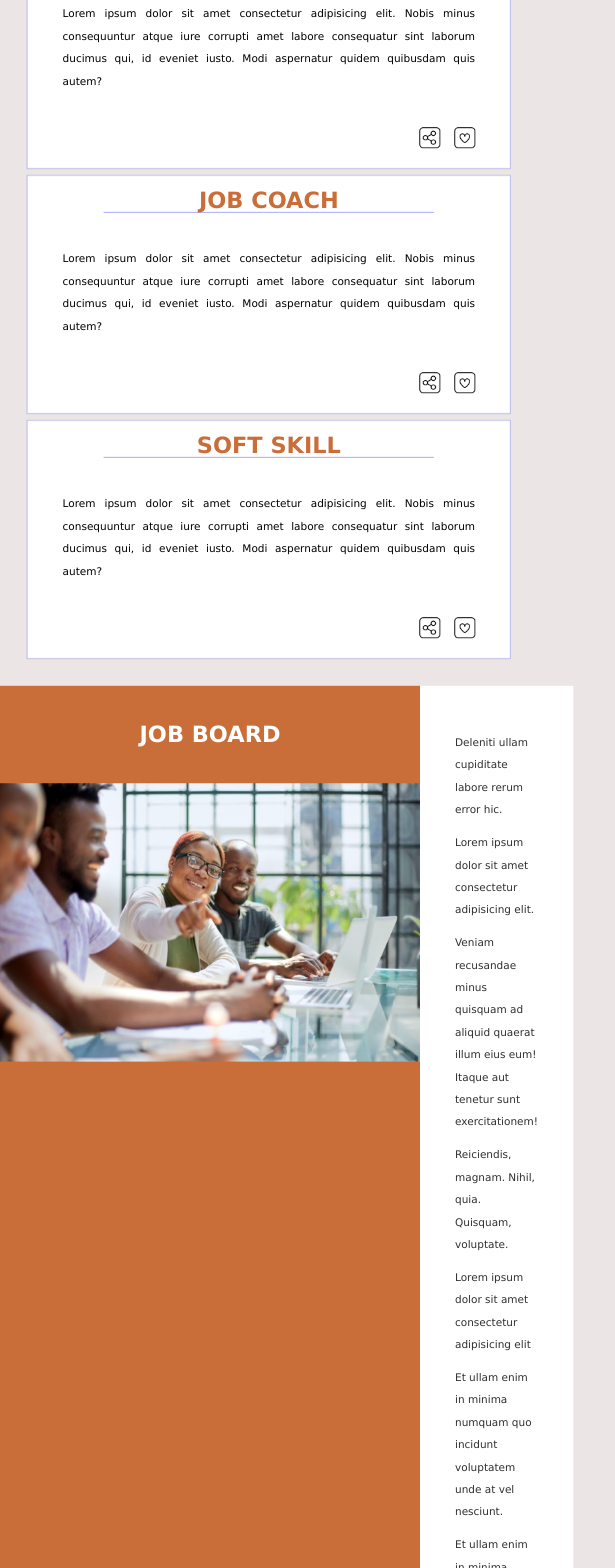
Repository: Ken-dia/newsletters_force_n
Page: index.html
An editor plug-in stored every save of this project. The page is shown before and after the next save, followed by the edit.
The browser window is 768 px wide. The page is 879 px wide, so the pictures cover 879 px, including what lies to the right of the window. The pictures show the part of the page from y = 674 to 2914 px (the page is 14408 px tall before and 14492 px after), at 70% of full size.

Above is the page before, as saved 2024-04-23 12:13:18.

### index.html
<!DOCTYPE html>
<html lang="en">
<head>
    <meta charset="UTF-8">
    <meta name="viewport" content="width=device-width, initial-scale=1.0">
    <link rel="stylesheet" href="styles.css">
    <title>FORCEN</title>
</head>
    <body>
        <!-- Entete -->
        <section>
            <div class="entete">
                <div class="logos">
                    <div class="logo">
                        <img src="/images/unchk.png" width="105px" height="105px" alt="unchk_logo">
                    </div>
                    <div class="logo">
                        <img src="/images/force_n.png" width="210px" height="80px" alt="force_n_logo" class="logo_force_n">
                        <div class="title-newsletters">Newsletter</div>
                        <div class="subtitle-newsletters">FORCE-N,ton future dans le numérique !</div>
                    </div>
                    <div class="logo">
                        <img src="/images/master.png" width="105px" height="105px" alt="master_card_logo">
                    </div>

                </div>
                <div class="day">
                    <div>N° 6 | 22 / 04 / 2024</div>
                </div>
            </div>
        </section>
        <!-- Image -->
        <section>
            <div class="image1">
                <img src="/images/image1.png" alt="image1" width="100%" height="600px">
            </div>
        </section>
        <!-- Emploies -->
        <section>
            <div class="container">
                <div class="emploies">
                    <div class="title-emploie">
                        EMPLOI PAR FORCE N
                    </div>
                    <div class="emploie">
                        <div class="item">
                            <div class="title">
                                JOB BOARD
                            </div>
                            <div class="text">
                                Lorem ipsum dolor sit amet consectetur adipisicing elit. Nobis minus consequuntur atque iure corrupti amet labore consequatur sint laborum ducimus qui, id eveniet iusto. Modi aspernatur quidem quibusdam quis autem?
                            </div>
                            <div class="actions">
                                <div class="icon">
                                    <img src="/icons/share.png" width="30px" height="30px">
                                </div>
                                <div class="icon">
                                    <img src="/icons/star.png" width="30px" height="30px">
                                </div>
                            </div>

                        </div>
                        <div class="item">
                            <div class="title">
                                JOB COACH
                            </div>
                            <div class="text">
                                Lorem ipsum dolor sit amet consectetur adipisicing elit. Nobis minus consequuntur atque iure corrupti amet labore consequatur sint laborum ducimus qui, id eveniet iusto. Modi aspernatur quidem quibusdam quis autem?
                            </div>
                            <div class="actions">
                                <div class="icon">
                                    <img src="/icons/share.png" width="30px" height="30px">
                                </div>
                                <div class="icon">
                                    <img src="/icons/star.png" width="30px" height="30px">
                                </div>
                            </div>
                        </div>
                        <div class="item">
                            <div class="title">
                                SOFT SKILL
                            </div>
                            <div class="text">
                                Lorem ipsum dolor sit amet consectetur adipisicing elit. Nobis minus consequuntur atque iure corrupti amet labore consequatur sint laborum ducimus qui, id eveniet iusto. Modi aspernatur quidem quibusdam quis autem?
                            </div>
                            <div class="actions">
                                <div class="icon">
                                    <img src="/icons/share.png" width="30px" height="30px">
                                </div>
                                <div class="icon">
                                    <img src="/icons/star.png" width="30px" height="30px">
                                </div>
                            </div>
                        </div>
                    </div>
                </div>

            </div>
        </section>
        <!-- Job Board -->
        <section>
            <div class="job-board">
                <div class="board-image">
                    <div class="title-job-board">JOB BOARD</div>
                    <img src="/images/image2.png" width="600px" height="400px">
                </div>
                <div class="board-text">
                    <div>
                       <p>Deleniti ullam cupiditate labore rerum error hic.</p>
                        <p>Lorem ipsum dolor sit amet consectetur adipisicing elit.</p>
                        <p>Veniam recusandae minus quisquam ad aliquid quaerat illum eius eum! Itaque aut tenetur sunt exercitationem!</p>
                        <p>Reiciendis, magnam. Nihil, quia. Quisquam, voluptate.</p>
                        <p>Lorem ipsum dolor sit amet consectetur adipisicing elit</p>
                        <p>Et ullam enim in minima numquam quo incidunt voluptatem unde at vel nesciunt.</p>
                        <p>Et ullam enim in minima numquam quo incidunt voluptatem unde at vel nesciunt</p>
                    </div>
                </div>
            </div>
        </section>
        <!-- Soft Skill -->
        <section>
            <div class="soft-kill-title">SOLF SKILL</div>
            <div class="image-soft-skill">
                <img src="/images/image3.png" width="100%" height="700px" alt="image3">
            </div>
            <div class="text-solf-skill">
                <p>
                    Lorem ipsum, dolor sit amet consectetur adipisicing elit. Ad quod at maiores veniam asperiores molestiae ullam id facilis quo, nihil inventore tenetur corporis nisi mollitia quaerat. Dicta explicabo ex quis.
                    Lorem ipsum dolor sit amet, consectetur adipisicing elit.
                    Possimus illum placeat voluptas autem in reiciendis inventore repellendus dolorum dolorem, maiores, quibusdam vero, aperiam laudantium. Temporibus perferendis nisi modi laboriosam aut incidunt, dolor, asperiores accusamus molestias architecto, accusantium amet.
                </p>
                <h4>Lorem ipsum dolor, sit amet consectetur adipisicing elit. Similique perferendis deserunt aliquam repudiandae.</h4>
                <p>
                    Lorem, ipsum dolor sit amet consectetur adipisicing elit. Perspiciatis hic beatae repudiandae repellat ex assumenda quas maiores. Optio eaque, libero consequatur rem impedit, neque atque iusto amet deleniti, dolor aperiam.
                    Dignissimos eos fuga minima excepturi delectus ipsam quam debitis eum quis distinctio, sit consequuntur nisi molestiae. Nesciunt velit corrupti quibusdam, numquam voluptatem molestias nam dolorem magnam earum iusto ad in.
                    Alias fugiat exercitationem pariatur illo? Perspiciatis, saepe eligendi quod culpa, molestiae temporibus quia neque labore, nemo quibusdam soluta repellat eveniet vitae maxime consequuntur aliquam dignissimos dolores nobis rerum assumenda at.
                    Maxime officiis aliquam laboriosam doloribus quaerat unde harum nisi eligendi quidem adipisci? Consectetur, fuga. Architecto ab fuga aliquid laborum, facilis ullam voluptatem molestiae quis accusamus. Excepturi hic possimus rem voluptatum.
                </p>
                <h4>lorem ipsum dolor, sit amet consectetur adipisicing elit. Similique perferendis deserunt aliquam repudiandae. </h4>
                <p>
                    Lorem ipsum dolor, sit amet consectetur adipisicing elit. Perferendis amet eligendi sapiente aperiam mollitia autem dolor atque nisi ex ratione magni aut saepe voluptatem, dicta eaque id possimus? Recusandae, magni?
                    Reprehenderit laborum voluptate fugit praesentium! Delectus eligendi, necessitatibus beatae, deserunt perspiciatis veniam iusto quibusdam molestiae earum, laboriosam libero quisquam? Accusantium voluptas corporis aut magni ipsa voluptatem veritatis consequatur repellat vero?
                    Sint ex nostrum eos debitis soluta sequi, voluptate in quisquam fugit aliquam quis dolorum molestias mollitia illum natus a velit ducimus distinctio amet. Quam reprehenderit deleniti aspernatur nulla expedita obcaecati?
                </p>
                <h3>Soyez déterminé, soyez courageux et soyez fort !!!</h3>
            </div>
        </section>
        <!-- Entretiens -->
        <section>
            <div class="entretiens">

                <div class="image">
                    <img src="/images/image4.png" alt="image4" width="665px" height="927px">
                </div>
                <div class="text">
                    <h1>Entretien d'embauche</h1>
                    <h3>Lorem ipsum dolor sit amet consectetur adipisicing elit.</h3>
                    <p>
                        Lorem ipsum dolor sit amet consectetur adipisicing elit. Cumque labore ab dolor, delectus exercitationem quam ducimus quidem? Atque soluta tempora laudantium inventore, vitae voluptatibus ex aut repellendus blanditiis illo rem.
                        Commodi qui similique aliquid repudiandae neque ipsa tempora cupiditate? Vero, distinctio porro. Velit suscipit illum, similique cupiditate perspiciatis veritatis quam beatae autem natus, non corporis odit, atque alias provident quos!
                        Neque provident cum eum sint ea aperiam quidem qui quia dolorum, cupiditate reprehenderit asperiores alias nulla tempore unde fugit. Doloremque nulla ratione aliquid fugit sed officiis alias non necessitatibus saepe!

                    </p>
                    <h3>Lorem ipsum dolor sit amet consectetur adipisicing elit.</h3>
                    <p>
                        <ul>
                            <li>Lorem ipsum dolor sit amet consectetur adipisicing elit. Aliquam accusamus quia illo. Accusantium officia velit nemo labore omnis, animi rem sequi. Consequatur, odit culpa? Non nostrum officia iste rerum ullam.</li>
                            <li>Lorem ipsum dolor sit amet consectetur adipisicing elit. Fugit delectus natus obcaecati aliquid. Itaque aliquam eveniet voluptatem ut recusandae tempora modi, alias animi expedita accusamus ducimus, quibusdam perspiciatis exercitationem quae?</li>
                            <li>Lorem ipsum dolor sit amet consectetur adipisicing elit. Distinctio nulla magnam voluptatibus dolore, quibusdam inventore dolorem dolorum cumque id commodi, laboriosam iste eveniet voluptate illo optio quaerat debitis. Eaque, nihil.</li>
                        </ul>
                    </p>
                    <div class="intitule">Lorem, ipsum dolor sit amet consectetur adipisicing elit. Vel, dolorum cum expedita obcaecati nihil modi nobis magnam laborum qui commodi itaque, repellat omnis ad dolorem, inventore nulla magni quae ea.</div>
                </div>
            </div>
        </section>
        <section>
            <div class="embauche">
                <h2>Lorem ipsum dolor sit, amet consectetur adipisicing elit ccusamus incidunt numquam .</h2>
                <div class="items">
                    <div class="item">
                        <ul>
                            <li>Lorem ipsum dolor sit amet consectetur adipisicing elit. </li>
                            <li>Lorem ipsum dolor sit amet consectetur adipisicing elit. </li>
                            <li>Lorem ipsum dolor sit amet consectetur adipisicing elit. </li>
                        </ul>
                    </div>
                    <div class="item">
                        <ul>
                            <li>Lorem ipsum dolor sit amet consectetur adipisicing elit. </li>
                            <li>Lorem ipsum dolor sit amet consectetur adipisicing elit. </li>
                            <li>Lorem ipsum dolor sit amet consectetur adipisicing elit. </li>
                        </ul>
                    </div>
                </div>
            </div>
        </section>
        <!-- Essentiel à retenir -->
        <section>
            <div class="essentiel">
                <h2>Essentiel A retenir</h2>
                <div class="contenu">
                    <ul>
                        <li>Lorem ipsum, dolor sit amet consectetur adipisicing elit. Excepturi minima voluptas pariatur assumenda quam nesciunt deleniti voluptatem magnam nihil labore</li>
                        <li>Lorem ipsum, dolor sit amet consectetur adipisicing elit. Excepturi minima voluptas pariatur assumenda quam nesciunt deleniti voluptatem magnam nihil labore</li>
                        <li>Lorem ipsum, dolor sit amet consectetur adipisicing elit. Excepturi minima voluptas pariatur assumenda quam nesciunt deleniti voluptatem magnam nihil labore</li>
                    </ul>
                    <ol>
                        <li>Lorem ipsum, dolor sit amet consectetur adipisicing elit. Excepturi minima voluptas pariatur assumenda quam nesciunt deleniti voluptatem magnam nihil labore</li>
                        <li>Lorem ipsum, dolor sit amet consectetur adipisicing elit. Excepturi minima voluptas pariatur assumenda quam nesciunt deleniti voluptatem magnam nihil labore</li>
                        <li>Lorem ipsum, dolor sit amet consectetur adipisicing elit. Excepturi minima voluptas pariatur assumenda quam nesciunt deleniti voluptatem magnam nihil labore</li>
                    <ol/>
                    <div class="slogan">Lorem ipsum dolor sit amet consectetur, adipisicing elit. Id maxime quasi, ullam porro laudantium rerum obcaecati asperiores beatae voluptatibus mollitia delectus</div>
                    <div class="btn">
                        <button class="btn-candidature" >Candidature</button>
                    </div>

                </div>
            </div>
        </section>
        <!-- Dictionnaire d'emploie -->
        <section>
            <div class="dictionnaire">
                <h2>Dictionnaire d'emploie</h2>
                <h3>Lorem ipsum dolor sit amet consectetur adipisicing elit. Explicabo eius sit magnam ullam minus atque, est dolorum ab, recusandae aspernatur temporibus fugiat </h3>
                <p>
                    Lorem ipsum dolor sit amet consectetur adipisicing elit. Culpa suscipit voluptatem enim porro eaque voluptates dignissimos, expedita animi omnis quos ullam placeat provident eos ut aspernatur minus distinctio beatae reprehenderit.
                    Distinctio doloribus esse, dolore eum tempora vero perspiciatis cum doloremque! In dolores facilis suscipit, adipisci assumenda sapiente consectetur. Numquam provident nostrum aliquid vel quasi quidem consectetur officia harum iure aspernatur?
                    Voluptates illo officiis, laboriosam nam praesentium corrupti sit consequatur sequi porro ad temporibus sint optio laudantium dignissimos tempore quo officia explicabo, reprehenderit labore dolorum ex eos consequuntur consectetur? Hic, fugit!
                    Corporis placeat inventore quidem labore! Labore laborum ea facilis libero temporibus nisi! Similique ipsa amet maiores ea, pariatur animi perferendis porro? Magni, velit cupiditate. Nihil ratione ea in id recusandae.
                    Illo necessitatibus dolores distinctio maxime ipsam. Perspiciatis voluptatum soluta consequatur aliquam minima maiores ipsa! Quos repellat cupiditate minus eaque nemo ipsam! Illo in maiores hic doloremque, numquam corporis fugit eos.
                </p>
            </div>
        </section>
        <!-- Actualité et events -->
        <section>
            <div class="actualite">
                <h2>ACTUALITES & EVENTS</h2>
                <div class="items">
                    <div class="item">
                        <h3>Lorem ipsum dolor sit, amet consectetur adipisicing elit. ?</h3>
                        <a hre="#">
                            <img src="/images/image6.png" width="309px" height="290px" alt="image6" >
                        </a>
                    </div>
                    <div class="item">
                        <h3>Lorem ipsum dolor sit, amet consectetur adipisicing elit. ?</h3>
                        <a hre="#">
                            <img src="/images/image6.png" width="309px" height="290px" alt="image6" >
                        </a>
                    </div>
                    <div class="item">
                        <h3>Lorem ipsum dolor sit, amet consectetur adipisicing elit. ?</h3>
                        <a hre="#">
                            <img src="/images/image6.png" width="309px" height="290px" alt="image6" >
                        </a>
                    </div>
                </div>
            </div>
        </section>
        <!-- Footer -->

        <section>
            <div class="footer">
                <div class="icons">
                    <img src="/icons/facebook.png" width="50px" height="50px">
                    <img src="/icons/instagram.png" width="50px" height="50px">
                    <img src="/icons/twitter.png" width="50px" height="50px">
                    <img src="/icons/linkedin.png" width="50px" height="50px">
                </div>
                <div class="adresse">
                    <div class="contenu">
                        <div>Copyright © 2024. Tous droits resevrés.</div>

                        <div>Lorem ipsum dolor, sit amet consectetur adipisicing elit. fcfdd </div>
                        <div> Our mailing addres is: <span>FORCE-N</span></div>
                        <div>Résidence AMANA, 5e étage, Sacré-Cœur 1, Villa N°8459 – Dakar</div>
                    </div>

                </div>
            </div>
        </section>

    </body>
</html>

### styles.css
body {
    font-family: 'Lucida Sans', 'Lucida Sans Regular', 'Lucida Grande', 'Lucida Sans Unicode', Geneva, Verdana, sans-serif;
    background-color: rgb(235, 229, 229);
   margin: 0px;
}
.entete {
    background-color: white;
    padding: 20px;
}
.logos {
    display: flex;
    justify-content: space-between;
}
.title-newsletters {
    color: #ca6e39;
    font-size: 5rem;
    font-weight: 950;
}
.subtitle-newsletters {
    color: grey;
    font-size: 1.5rem;
    font-weight: 950;
}
.logo_force_n {
    margin-left: 15%;
}
.day {
    display: flex;
    justify-content: end;
    font-size: 1.5rem;
    font-weight: 950;
}
.container {
    margin: 5%;
}
.title-emploie {
    display: flex;
    justify-content: center;
    font-size: 2rem;
    font-weight: 950;
    margin: 50px;
}
.emploie {
    display: flex;
    gap: 100px;
}
.emploie .item {
    background-color: white;
    border: 1px solid rgb(168, 168, 224);
    font-size: 20px;
    line-height: 32px;
    padding: 20px 50px;
    box-shadow: inset 0 0 0 1px rgb(235, 229, 229);
}
.emploie .item .title {
    color: #ca6e39;
    font-weight: 950;
    font-size: 2rem;
    text-align: center;
    margin: 0% 10%;
    border-bottom: 1px solid rgb(135, 135, 252);
    /* padding: 20px;
    */
}

.emploie .item .text {
    margin: 50px 0px;
    text-align: justify;
}

.emploie .item .actions {
    display: flex;
    justify-content: end;
    gap: 20px;
}
.job-board {
    display: flex;

}
.board-image {
    background-color: #ca6e39;
    padding: 50px 0px 100px 0px;
}
.title-job-board {
    text-align: center;
    color: white;
    font-size: 2rem;
    margin-bottom: 50px;
    font-weight: 900;
}
.board-text {
    background-color: white;
    width: 100%;
    display: flex;
    justify-content: center;
    align-items: center;
    padding: 50px;
    font-size: 20px;
    line-height: 32px;
}
.soft-kill-title {
    display: flex;
    justify-content: center;
    font-size: 2rem;
    font-weight: 950;
    margin: 100px;
    color: #ca6e39;
}

.text-solf-skill {
    margin: 50px;
    font-size: 20px;
    line-height: 32px;
}
.text-solf-skill h4 {
    color: rgb(17, 17, 179);
    font-weight: 950;

}
.text-solf-skill h3 {
    color: #ca6e39;
    font-weight: 950;
}
/* .text-solf-skill p {
    text-align: justify;
    line-height: 1.5rem;
} */
.entretiens {
    display: flex;
    justify-content: space-between;
    margin-bottom: 50px;
}
.entretiens .text {
    background-color: white;
    /* width: 100%; */
    padding: 30px;
    font-size: 20px;
    line-height: 32px;
}
.embauche {
    background-color: white;
    padding: 30px;
    font-size: 20px;
    line-height: 32px;
}
.embauche h2 {
    text-align: center;
    font-weight: bolder;
}
.embauche .items {
    display: grid;
    grid-template-rows: 1fr;
    grid-template-columns: repeat(2, 1fr);
    gap: 8px 50px;
}
.embauche .item {
    background-color: white;
    padding: 50px;
    border: 1px solid rgb(170, 170, 180);
    box-shadow:inset 0 0 0 1px rgb(235, 229, 229);
}
.essentiel {
    background-color: #175a93;
    color: white;
    padding: 50px;
}
.essentiel .contenu {
    font-size: 20px;
    line-height: 32px;
}
.essentiel h2 {
    text-align: center;
    font-weight: bolder;

}
.essentiel .slogan {
    margin: 50px 0px;
    font-weight: 950;
}
.essentiel .btn {
    display: flex;
    justify-content: center;
}
.btn-candidature {
    font-size: 20px;
    padding: 25px;
    background-color: #ca6e39;
    color: white;
}
.dictionnaire {
    background-color: #bbd4ea;
    padding: 50px;
}
.actualite {
    padding: 50px;
}
.actualite .items {
    display: grid;
    grid-template-rows: 1fr;
    grid-template-columns: repeat(3, 1fr);
    gap: 8px 100px;
}
.actualite .item h3 {
    font-size: 30px;
    color: #ca6e39;
    line-height: 40px;
}
.footer {
    padding: 50px;
    background-color: white;
}
.icons {
    display: flex;
    justify-content: center;
    gap: 50px;
}
.adresse {

    margin-top: 20px;
    display: flex;
    justify-content: center;

}
.adresse .contenu {
    text-align: center;
    line-height: 32px;
}
.contenu span {
    color: #ca6e39;
    font-weight: 950;
}
p {
    font-size: 20px;
    line-height: 32px;
    color: rgb(49, 48, 48);
}

@media screen and (max-width: 768px) {
    .title-newsletters {
       display: none;
    }
    .subtitle-newsletters {
        display: none;
    }
    .logo_force_n {
        width: 100px !important;
        height: 70px !important;
    }

    .logos img {
        width: 90px;
        height: 90px;
    }
    .image1 img {
        height: 300px;
    }
    .actualite .items {
        grid-template-columns: 1fr;
    }
    .essentiel .contenu {
        font-size: 15px;
    }
    .essentiel .slogan {
        font-size: 20px;
    }
    .essentiel .btn {
        display: flex;
        justify-content: center;
    }
    .essentiel .btn .btn-candidature {
        font-size: 15px;
    }
    .actualite .item h3 {
        font-size: 20px;
    }
    .actualite .item a {
        display: flex;
        justify-content: center;
    }
    .actualite .item img {
        width: 100%;
        height: 100%;
    }
    .entretiens .text {
        font-size: 15px;
    }
    .entretiens .text h3 {
        font-size: 20px;
    }
    .entretiens .text p {
        text-align: justify;
        line-height: 1.5rem;
    }
    .embauche .items {
        grid-template-columns: 1fr;
    }

    .title-newsletters {
        font-size: 2rem;
    }
    .subtitle-newsletters {
        font-size: 1rem;
    }
    .logo {
        display: flex;
        justify-content: center;
    }
    .day {
        display: flex;
        justify-content: center;
        font-size: 14px;
        font-weight: 600;
    }
    .title-emploie {
        font-size: 20px;
    }
    .emploie {
        display: grid;
        grid-template-rows: 1fr;
        grid-template-columns: 1fr;
        gap: 8px 80px;
    }
    .item {
        padding: 20px;
    }
    .text {
        font-size: 15px;
    }
    .contenu {
        font-size: 15px;
    }
    .slogan {
        font-size: 20px;
    }
    .btn-candidature {
        font-size: 15px;
    }
    .dictionnaire {
        padding: 20px;
    }
    .actualite {
        padding: 20px;
    }
    .actualite .items {
        gap: 8px 50px;
    }
    .actualite .item h3 {
        font-size: 20px;
    }
    .footer {
        padding: 20px;
    }
    .icons {
        gap: 20px;
    }
    .adresse {
        font-size: 15px;
    }
    .contenu span {
        font-size: 15px;
    }
    p {
        font-size: 15px;
    }



}

After the next save:
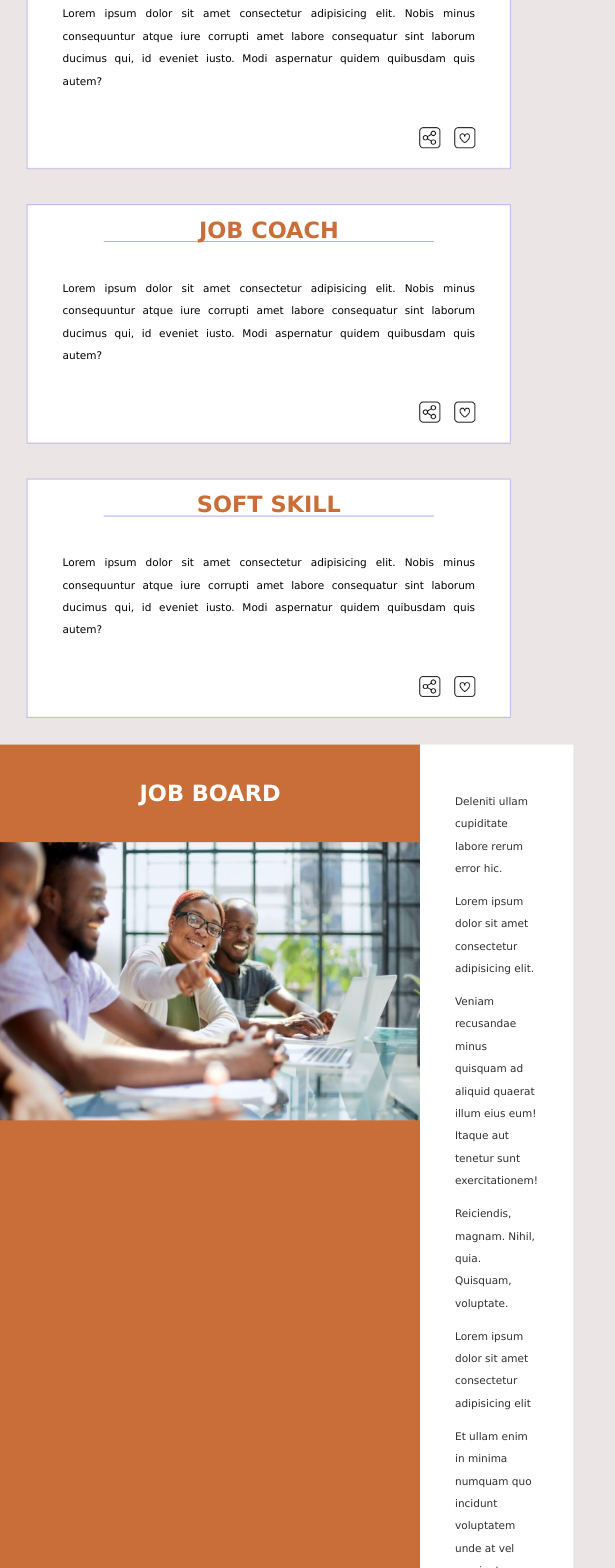
Saved 10 s later.
--- a/styles.css
+++ b/styles.css
@@ -318,7 +318,7 @@
         display: grid;
         grid-template-rows: 1fr;
         grid-template-columns: 1fr;
-        gap: 8px 80px;
+        gap: 50px 80px;
     }
     .item {
         padding: 20px;
